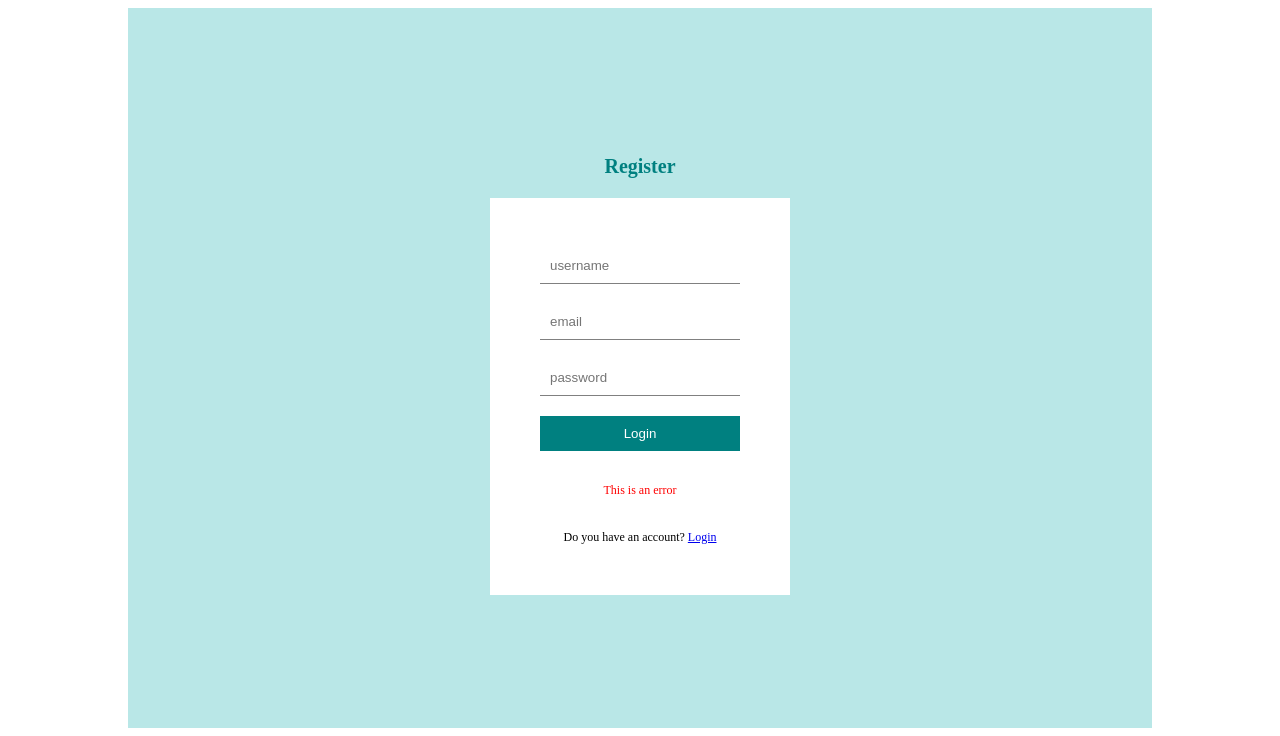
Repository: Jace9999/V-Blog
Page: /register (app in client/)
These files come from the project's save history. The page is drawn as it stood at one moment and after the next save; the edit follows.
The browser window is 1280 px wide. The pictures show the whole page.
The project was rebuilt for these pictures with package versions that can differ from the ones it lists, and the page was loaded fresh each time. Also part of the build but not shown: client/vite.config.js, client/src/pages/Home.jsx, client/src/pages/Single.jsx, client/src/pages/Write.jsx, client/src/pages/Login.jsx, client/src/components/Navbar.jsx, client/src/components/Footer.jsx.

Above is the page before, as saved 2023-08-02 15:37:15.

### client/src/App.jsx
import {
  createBrowserRouter,
  RouterProvider,
  Route,
  Outlet,
} from "react-router-dom"

import { Register } from "./pages/Register";
import { Home } from "./pages/Home";
import { Single } from "./pages/Single";
import { Write } from "./pages/Write";
import { Login } from "./pages/Login";
import { Navbar } from "./components/Navbar";
import { Footer } from "./components/Footer";
import "./style.scss"

const Layout = ()=>{
  return (
    <>
    <Navbar/>
    <Outlet/>
    <Footer/>
    </>
  );
};

const router = createBrowserRouter([
  {
    path: "/",
    element: <Layout/>,
    children:[
      {
       path:"/",
        element:<Home/>
      },
      {
        path:"/post/:id",
        element:<Single/>
      },
      {
        path:"/write",
        element:<Write/>
      }
  ]
  },
  {
    path: "/register",
    element: <Register/>
  },
  {
    path: "/single",
    element: <Single/>
  },
  {
    path: "/write",
    element: <Write/>
  },
  {
    path: "/login",
    element: <Login/>
  },
  {
    path: "/home",
    element: <Home/>
  }

]);



function App() {
  return (
    <div className="app">
      <div className="container">

        <RouterProvider router= {router}/>

      </div>
    </div>);
}



export default App;

### client/src/pages/Register.jsx
import React from 'react'
import { Link } from 'react-router-dom'

export const Register = () => {
  return (
    <div className='auth'>
      <h1>Register</h1>
      <form>
        <input type="text" placeholder='username'/>
        <input type="text" placeholder='email'/>
        <input type="password" placeholder='password'/>
        <button>Login</button>
        <p>This is an error</p>
        <span>Do you have an account? <Link to="/login">Login</Link></span>
      </form>

    </div>
  )
}

### client/src/style.scss
$lightGreen: #b9e7e7;

.app {
  display: flex;
  justify-content: center;
  .container {
    width: 1024px;

    .link {
      text-decoration: none;
      color: inherit;
    }
    //LOGIN & REGISTER

    .auth {
      display: flex;
      flex-direction: column;
      align-items: center;
      justify-content: center;
      height: 100vh;
      background-color: $lightGreen;

      h1 {
        font-size: 20px;
        color: teal;
        margin-bottom: 20px;
      }

      form {
        display: flex;
        flex-direction: column;
        padding: 50px;
        background-color: white;
        width: 200px;
        gap: 20px;

        input {
          padding: 10px;
          border: none;
          border-bottom: 1px solid gray;
        }

        button {
          padding: 10px;
          border: none;
          background-color: teal;
          cursor: pointer;
          color: white;
        }

        p {
          font-size: 12px;
          color: red;
          text-align: center;
        }

        span {
          font-size: 12px;
          text-align: center;
        }
      }
    }

    //NAVBAR

    .navbar {
      .container {
        padding: 10px 0px;
        display: flex;
        align-items: center;
        justify-content: space-between;
        .logo {
          img {
            width: 120px;
          }
        }
        .links {
          display: flex;
          align-items: center;
          gap: 10px;

          h6 {
            font-size: 16px;
            font-weight: 300;
          }

          span {
            cursor: pointer;
          }

          .write {
            background-color: $lightGreen;
            width: 50px;
            height: 50px;
            border-radius: 50%;
            display: flex;
            align-items: center;
            justify-content: center;
            font-weight: 300;
            border: 1px solid white;

            &:hover {
              color: teal;
              background-color: white;
              border: 1px solid teal;
            }
          }
        }
      }
    }

    //FOOTER

    footer {
      margin-top: 100px;
      padding: 20px;
      background-color: $lightGreen;
      display: flex;
      align-items: center;
      justify-content: space-between;
      font-size: 12px;
      img {
        height: 50px;
      }
    }

    //HOME

    .home {
      .posts {
        margin-top: 50px;
        display: flex;
        flex-direction: column;
        gap: 150px;

        .post {
          display: flex;
          gap: 100px;

          &:nth-child(2n + 1) {
            flex-direction: row-reverse;
          }

          .img {
            flex: 2;
            position: relative;

            &::after {
              content: "";
              width: 100%;
              height: 100%;
              background-color: $lightGreen;
              position: absolute;
              top: 20px;
              left: -20px;
              z-index: -1;
            }

            img {
              width: 100%;
              max-height: 400px;
              object-fit: cover;
            }
          }

          .content {
            flex: 3;
            display: flex;
            flex-direction: column;
            justify-content: space-between;

            h1 {
              font-size: 48px;
            }

            p {
              font-size: 18px;
            }

            button {
              width: max-content;
              padding: 10px 20px;
              border: none;
              cursor: pointer;
              background-color: white;
              border: 1px solid teal;
              color: teal;

              &:hover {
                border: 1px solid white;
                background-color: $lightGreen;
                color: black;
              }
            }
          }
        }
      }
    }

    //SINGLE

    .single {
      display: flex;
      gap: 50px;

      .content {
        flex: 5;
        display: flex;
        flex-direction: column;
        gap: 30px;

        img {
          width: 100%;
          height: 300px;
          object-fit: cover;
        }

        .user {
          display: flex;
          align-items: center;
          gap: 10px;
          font-size: 14px;
          img {
            width: 50px;
            height: 50px;
            border-radius: 50%;
            object-fit: cover;
          }

          span {
            font-weight: bold;
          }
        }

        .edit {
          display: flex;
          gap: 5px;

          img {
            width: 20px;
            height: 20px;
            cursor: pointer;
          }
        }

        h1 {
          font-size: 42px;
          color: #333;
        }

        p {
          text-align: justify;
          line-height: 30px;
        }
      }
      .menu {
        flex: 2;
        display: flex;
        flex-direction: column;
        gap: 25px;

        h1 {
          font-size: 20px;
          color: #555;
        }

        .post {
          display: flex;
          flex-direction: column;
          gap: 10px;

          img {
            width: 100%;
            height: 200px;
            object-fit: cover;
          }

          h2 {
            color: #555;
          }

          button {
            width: max-content;
            padding: 7.5px 15px;
            border: none;
            cursor: pointer;
            color: teal;
            background-color: white;
            border: 1px solid teal;

            &:hover {
              border: 1px solid white;
              background-color: $lightGreen;
              color: black;
            }
          }
        }
      }
    }

    //WRITE

    .add {
      margin-top: 20px;
      display: flex;
      gap: 20px;

      .content {
        flex: 5;
        display: flex;
        flex-direction: column;
        gap: 20px;

        input {
          padding: 10px;
          border: 1px solid lightgray;
        }

        .editorContainer {
          height: 300px;
          overflow: scroll;
          border: 1px solid lightgray;

          .editor {
            height: 100%;
            border: none;
          }
        }
      }

      .menu {
        flex: 2;
        display: flex;
        flex-direction: column;
        gap: 20px;

        .item {
          border: 1px solid lightgray;
          padding: 10px;
          flex:1;
          display: flex;
          flex-direction: column;
          justify-content: space-between;
          font-size: 12px;
          color: #555;

          h1{
            font-size: 20px;
          }

          .file{
            text-decoration: underline;
            cursor: pointer;
          }

          .buttons{
            display: flex;
            justify-content: space-between;

            :first-child{
              cursor: pointer;
              color: teal;
              background-color: white;
              border: 1px solid teal;
              padding: 3px 5px;
            }
            :last-child{
              cursor: pointer;
              color: white;
              background-color: teal;
              border: 1px solid teal;
              padding: 3px 5px;
            }
          }

          .cat{
            display: flex;
            align-items: center;
            gap: 2px;
            color: teal;
          }
        }
      }
    }
  }
}

Loaded but not shown: client/index.html (common file); client/src/main.jsx (common file)

After the next save:
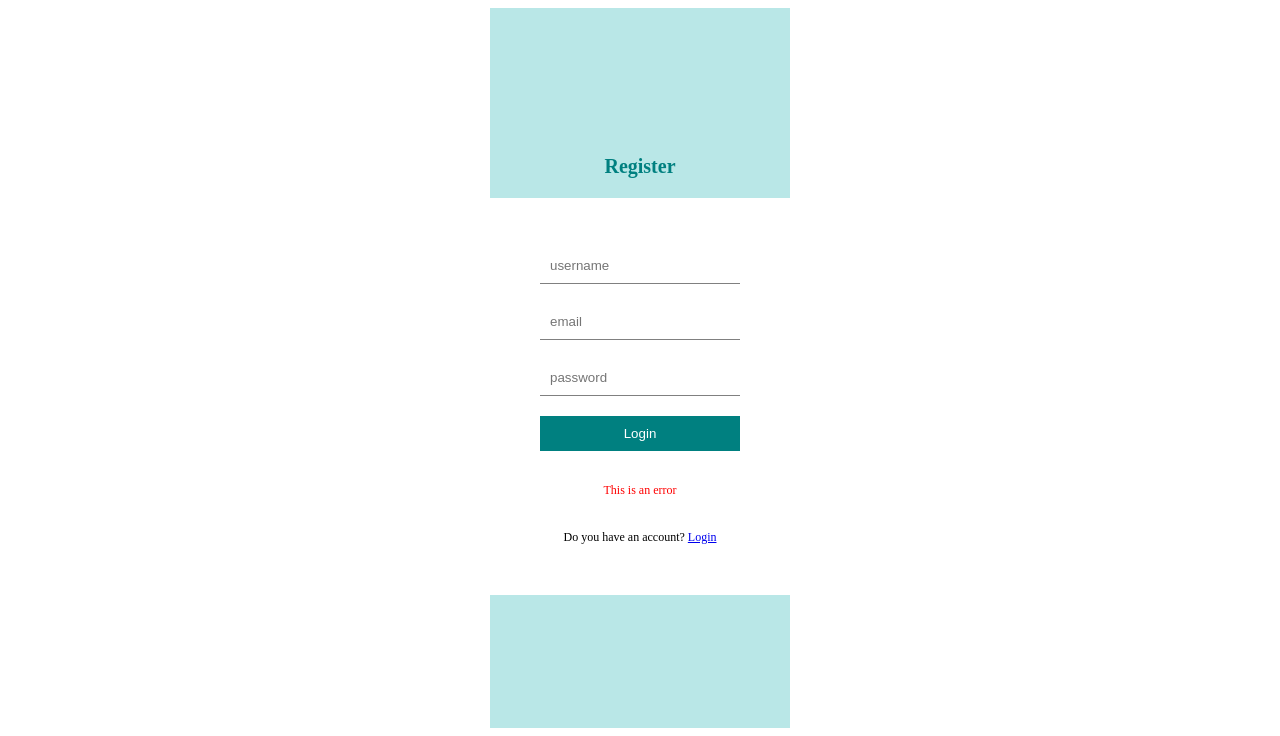
Saved 15 h 51 min later.
--- a/client/src/style.scss
+++ b/client/src/style.scss
@@ -4,7 +4,7 @@
   display: flex;
   justify-content: center;
   .container {
-    width: 1024px;
+
 
     .link {
       text-decoration: none;

After the 2 saves that followed:
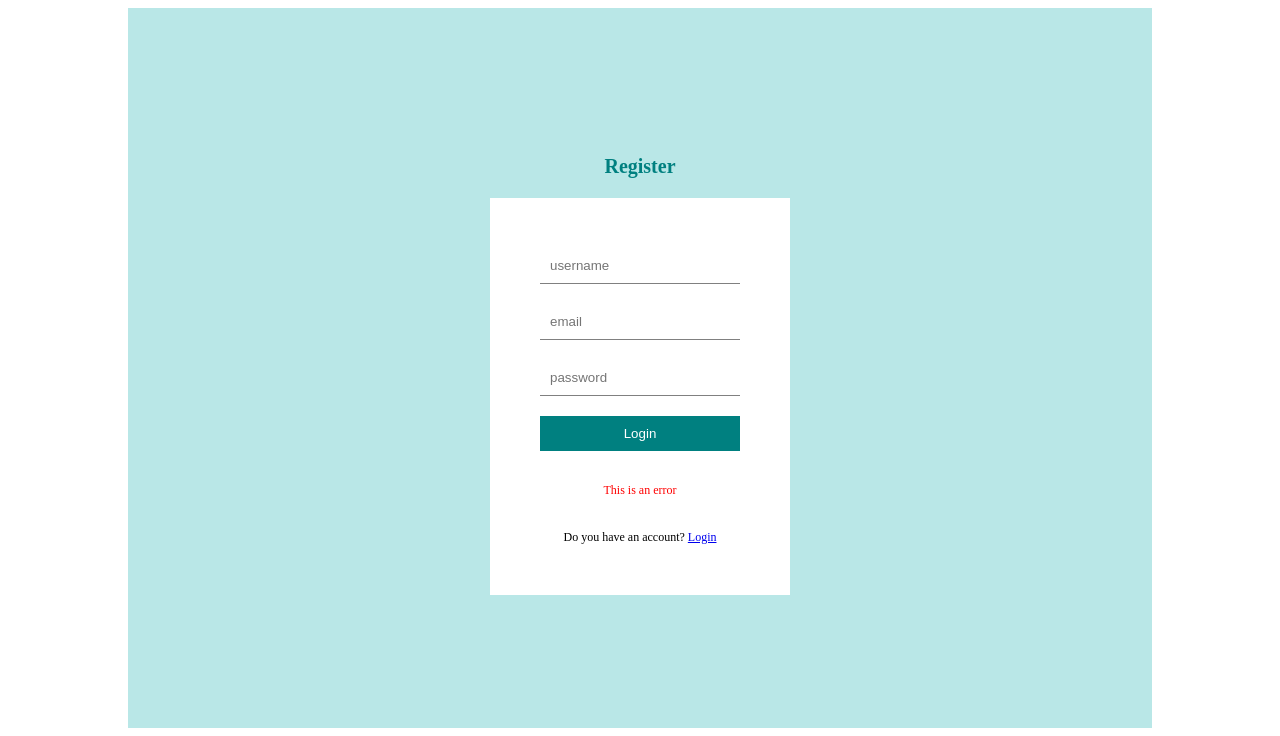
The 2 saves are shown as one change because they came seconds apart.
The last was saved 17 s later.
--- a/client/src/style.scss
+++ b/client/src/style.scss
@@ -4,7 +4,7 @@
   display: flex;
   justify-content: center;
   .container {
-
+    width: 1024px;
 
     .link {
       text-decoration: none;
